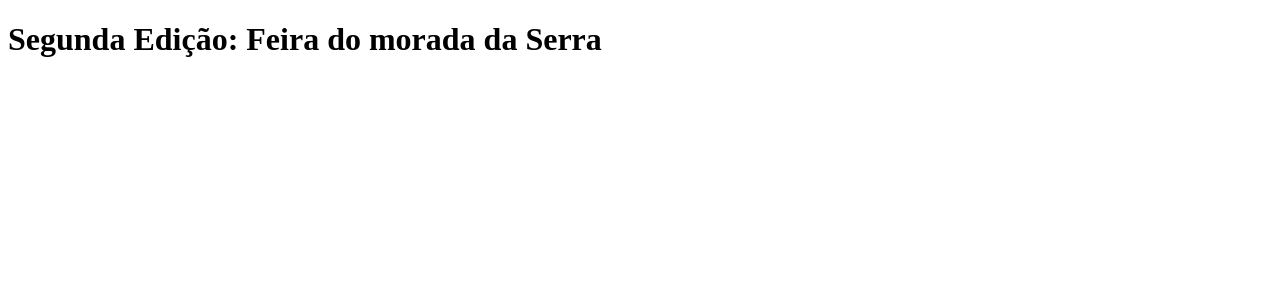
Repository: valerianogueirasilva/feiraibirite
Page: SoacialProject/Index.html
The author's editor kept a copy of each file at every save. The page is drawn from the files as they stood at one save, then again after the next save.
The browser window is 1280 px wide. The pictures show the whole page.

Above is the page before, as saved 2022-07-11 12:55:39.

### SoacialProject/Index.html
<!DOCTYPE html>
<html>
<head>
<meta charset="ISO-8859-1">
<title>Feira Social do Morada da Serra</title>
<h1 id="H1HeaderId" class="H1HeaderClass">Segunda Edição: Feira do morada da Serra</h1>
</head>
<body>

</body>
</html>

After the next save:
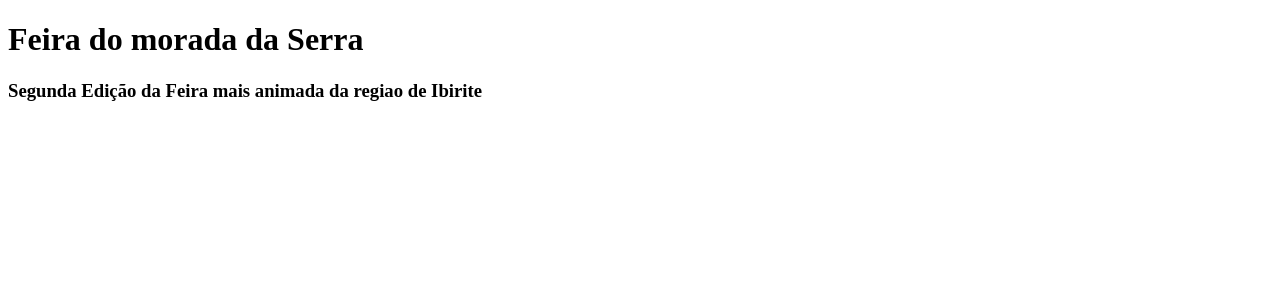
Saved 27 min 32 s later.
--- a/SoacialProject/Index.html
+++ b/SoacialProject/Index.html
@@ -3,7 +3,10 @@
 <head>
 <meta charset="ISO-8859-1">
 <title>Feira Social do Morada da Serra</title>
-<h1 id="H1HeaderId" class="H1HeaderClass">Segunda Edição: Feira do morada da Serra</h1>
+<header>
+<h1 id="H1HeaderId" class="H1HeaderClass">Feira do morada da Serra</h1>
+<h3>Segunda Edição da Feira mais animada da regiao de Ibirite</h3>
+
 </head>
 <body>
 
